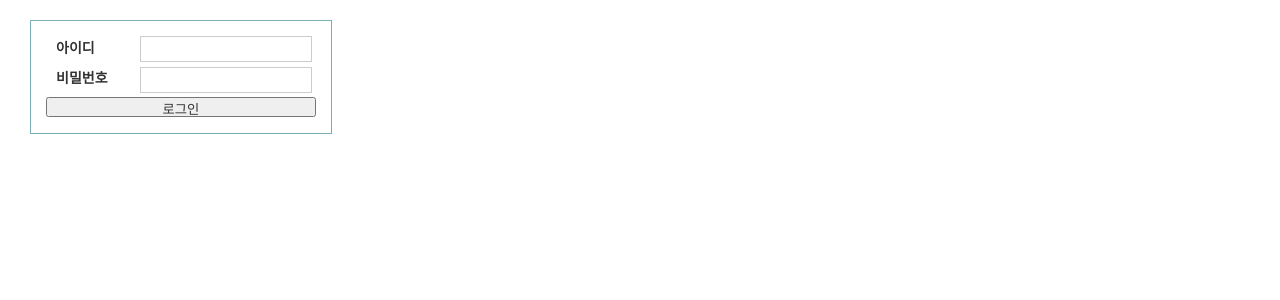
Repository: Choiinhwan11/JAVA
Page: Web/workspace/AJax_jQuery/src/main/webapp/02_xml/exam04.html
An editor plug-in stored every save of this project. The page is shown before and after the next save, followed by the edit.
The browser window is 1280 px wide. The pictures show the whole page.

Above is the page before, as saved 2024-02-16 07:57:45.
Not found: Web/workspace/AJax_jQuery/src/main/webapp/img/loader.gif

### Web/workspace/AJax_jQuery/src/main/webapp/02_xml/exam04.html
<!DOCTYPE html>
<html>
<head>
<meta charset="UTF-8">
<title>Insert title here</title>
<style>
* {
   padding: 0;
   margin: 0;
   color: #333;
}

body {
   padding: 20px 30px;
}

#login fieldset {
   width: 270px;
   padding: 15px;
   border: 1px solid #7BAEB5;
   position: relative;
}

#login fieldset legend {
   display: none;
}

#login label {
   display: inline-block;
   width: 80px;
   font-size: 14px;
   font-weight: bold;
   padding-left: 10px;
   margin-bottom: 10px;
}

#login input[type='text'], #login input[type='password'] {
   border: 1px solid #ccc;
   padding: 3px 10px;
   width: 150px;
   vertical-align: middle;
   font-size: 12px;
   line-height: 150%;
}

#login input[type='submit'] {
   width: 270px;
   height: 20px;
}

.active {
   border: 1px solid #f00 !important;
   background-color: skyblue;
}

#login {
   position: relative;
}

#login fieldset .loader {
   position: absolute;
   left: 0;
   top: 0;
   width: 100%;
   height: 100%;
   background-color: rgba(0, 0, 0, 0.3);
   display: none;
}

#login .loader img {
   position: absolute;
   left: 50%;
   top: 50%;
   margin-left: -5px;
   margin-top: -5px;
}
</style>
</head>
<body>
	<form id="login">

		<fieldset >
			<legend>로그인</legend>
			<div>
				<label for="user_id">아이디</label>
				<input type="text" name="user_id" id="user_id">
			</div>
			<div>
				<label for="user_password">비밀번호</label>
				<input type="text" name="user_password" id="user_password">
			</div>
			<div>
				<input type="submit" value="로그인">
			</div>
			<div class="loader">
				<img src="../img/loader.gif">
			</div>
		</fieldset>
	</form>
	<script src="http://code.jQuery.com/jquery-3.7.1.min.js"></script>
	 <script>
	   $(function(){
		   $('#checkId').click(function(){
			  var user_id = $('input[name="user_id"]').val();
			  if(!user_id){
				  alert("아이디를 입력하세요.");
				  $('input[name="user_id"]').focus();
				  return false;
			  }
			  $.get('../checkId/checkId.jsp', {'user_id' : user_id}, function(data){
				  console.log(data);
				  var result_txt = $(data).find('result').text();
				  //"true" => true 변환, 문자열 =>boolean 변환
				  var result=  eval("25 + 3");
				  if(result){
					  $('.console').html('<span style="color: red; font-weight: bold;">사용 불가능한 아이디</span>');
				  }else{
					  $('.console').html('<span style="color: red; font-weight: bold;">사용 가능한 아이디</span>');
				  }
			  });
		   });
	   });
	 </script>
</body>
</html>
<!--
.done() / .fail()의 형태

$.ajax({
  url: 'URL',
  type: 'POST',
  data: yourData,
  datatype: 'json'
})
.done(function(data, textStatus, xhr) { });
.fail(function(xhr, textStatus, errorThrown) { });
.always(function(data|xhr, textStatus, xhr|errorThrown) { });
.then(function(data, textStatus, xhr|errorThrown) { });

2. $(this).serialize()
- 데이터를 보내기 위해 폼 요소 집합을 문자열로 인코딩한다.
- 표준 URL-encoded 표기법으로 텍스트 문자열을 만든다.
- 폼 요소 집합을 표현하는 jQuery 객체를 이용한다.
  $('form').submit(
   function() {
      alert($(this).serialize());
      return false;
    }
  );
- 표준형태의 쿼리스트링을 만든다.
  => a=1&b=2&c=3&d=4
 -->

After the next save:
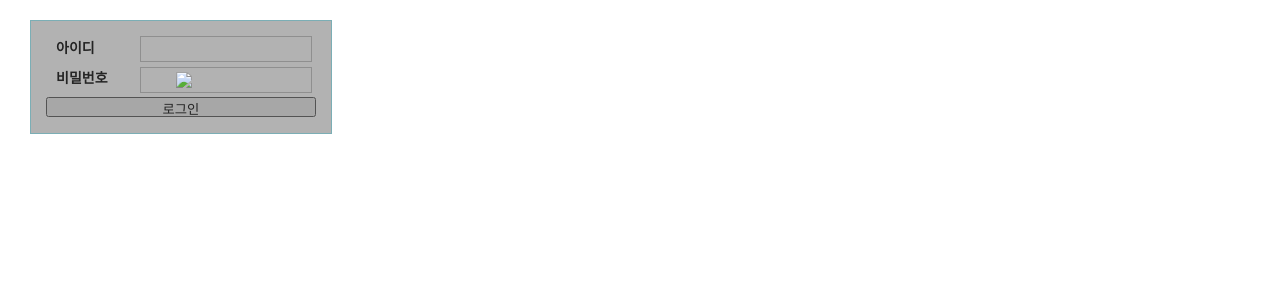
Saved 26 s later.
--- a/Web/workspace/AJax_jQuery/src/main/webapp/02_xml/exam04.html
+++ b/Web/workspace/AJax_jQuery/src/main/webapp/02_xml/exam04.html
@@ -64,7 +64,7 @@ body {
    width: 100%;
    height: 100%;
    background-color: rgba(0, 0, 0, 0.3);
-   display: none;
+/*    display: none; */
 }
 
 #login .loader img {
